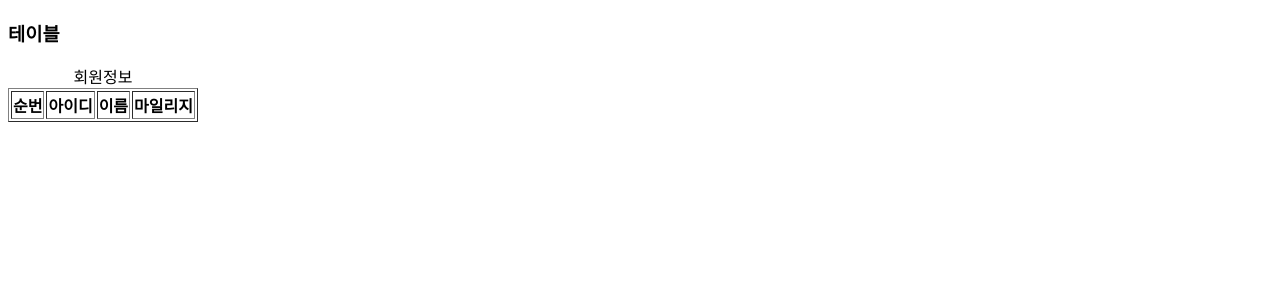
Repository: helloJunejun/WorkSpace_WebUi
Page: 0.2html_form_table/src/main/webapp/sample_table.html
These files come from the project's save history. The page is drawn as it stood at one moment and after the next save; the edit follows.
The browser window is 1280 px wide. The pictures show the whole page.

Above is the page before, as saved 2021-06-24 01:11:20.

After the next save:
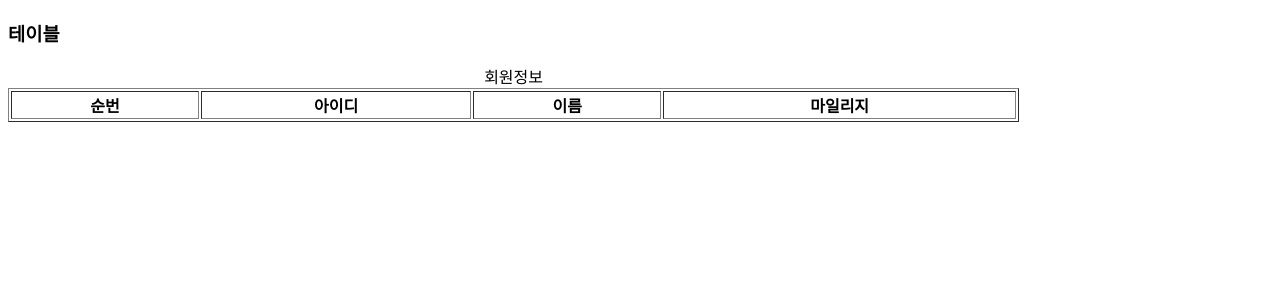
Saved 2 min 47 s later.
--- a/0.2html_form_table/src/main/webapp/sample_table.html
+++ b/0.2html_form_table/src/main/webapp/sample_table.html
@@ -6,7 +6,7 @@
 </head>
 <body>
 <h3>테이블</h3>
-<table border="1">
+<table border="1" width="80%" height="70%">
 	<caption>회원정보</caption>
 	<tr>
 		<th>순번</th>
